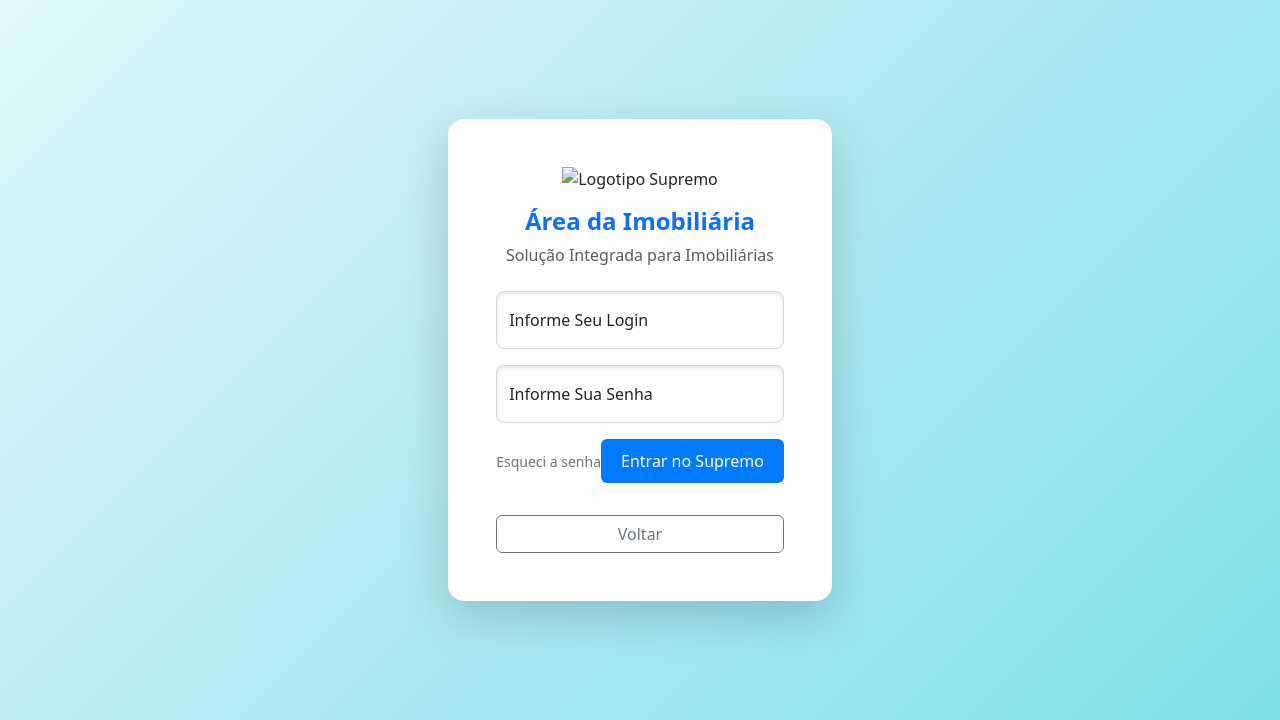
Repository: ryanmarinhodev/Supremo-teste-tecnico
Page: /
An editor plug-in stored every save of this project. The page is shown before and after the next save, followed by the edit.
The browser window is 1280 px wide. The pictures show the whole page.
The project was rebuilt for these pictures with package versions that can differ from the ones it lists, and the page was loaded fresh each time. Also part of the build but not shown: src/App.css.

Above is the page before, as saved 2024-11-07 13:23:10.
Not found: path/to/your/logo.png

After the next save:
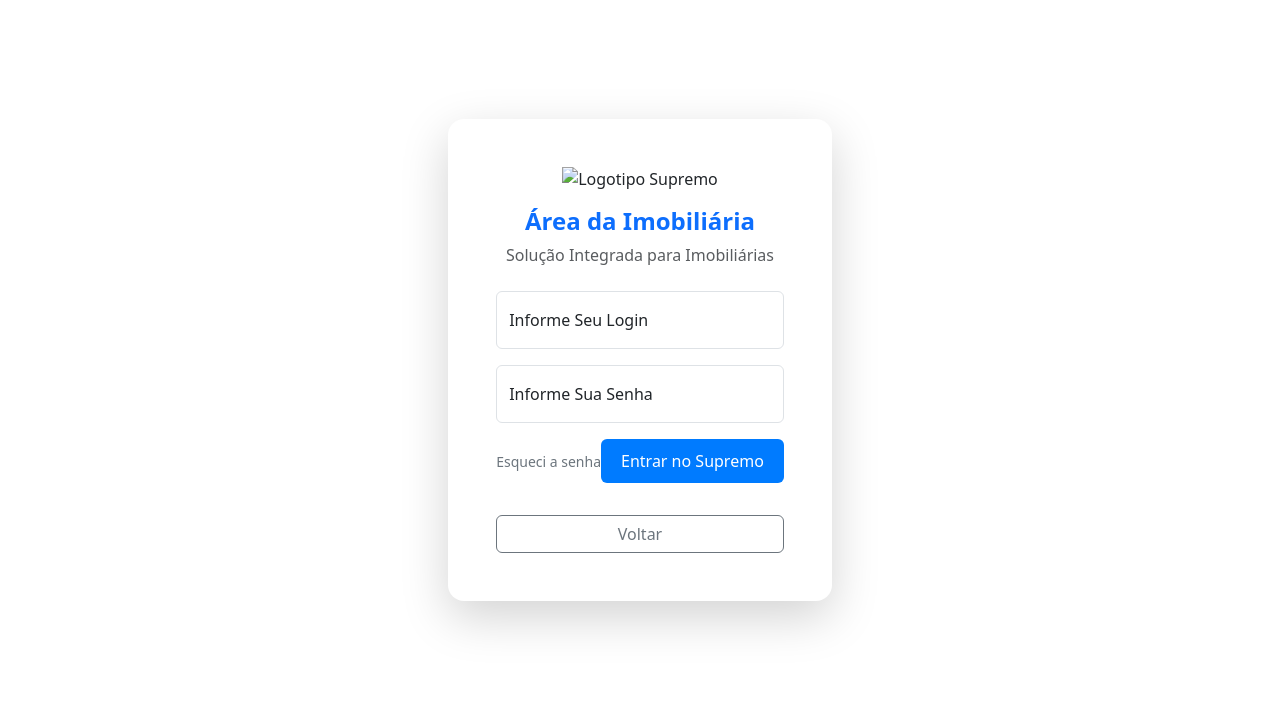
Not found: path/to/your/background-image.jpg
Saved 9 s later.
--- a/src/Components/Login/styles.css
+++ b/src/Components/Login/styles.css
@@ -1,73 +1,45 @@
-/* Fundo com efeito degradê */
+/* Fundo com imagem */
 .login-container {
-    background: linear-gradient(135deg, #e0f7fa 0%, #80deea 100%);
+    background: url('/path/to/your/background-image.jpg') no-repeat center center;
+    background-size: cover;
+    min-height: 100vh;
 }
 
 /* Card de login estilizado */
 .login-card {
-    max-width: 420px;
+    max-width: 400px;
     background-color: #ffffff;
-    border-radius: 12px;
-    box-shadow: 0 10px 20px rgba(0, 0, 0, 0.1);
-    transition: transform 0.3s, box-shadow 0.3s;
+    border-radius: 8px;
+    box-shadow: 0 10px 20px rgba(0, 0, 0, 0.15);
 }
 
-.login-card:hover {
-    transform: translateY(-5px);
-    box-shadow: 0 12px 24px rgba(0, 0, 0, 0.15);
-}
-
-/* Logo centralizado */
+/* Logo */
 .logo {
     width: 80px;
     height: auto;
 }
 
-/* Input estilizado com transição */
+/* Input estilizado com labels flutuantes */
 .form-control {
-    border-radius: 8px;
+    border-radius: 6px;
     padding: 15px;
     font-size: 1rem;
-    box-shadow: inset 0 2px 4px rgba(0, 0, 0, 0.1);
-    border: 1px solid #d1d9e6;
-    transition: border-color 0.3s, box-shadow 0.3s;
 }
 
-.form-control:focus {
-    border-color: #007bff;
-    box-shadow: 0 0 0 0.2rem rgba(0, 123, 255, 0.25);
-}
-
-/* Botão de login estilizado */
+/* Botão de login */
 .btn-primary {
     background-color: #007bff;
     border: none;
     font-size: 1rem;
     padding: 10px 20px;
     border-radius: 6px;
-    transition: background-color 0.3s, transform 0.2s;
 }
 
 .btn-primary:hover {
     background-color: #0056b3;
-    transform: scale(1.05);
 }
 
-/* Link de "Esqueci a senha" */
-.text-secondary {
-    color: #6c757d !important;
+/* Botão de voltar */
+.btn-outline-secondary {
+    border-radius: 6px;
 }
-
-.text-secondary:hover {
-    color: #495057 !important;
-}
-
-/* Animação de suavidade para o card de login */
-@keyframes fadeIn {
-    from { opacity: 0; transform: scale(0.9); }
-    to { opacity: 1; transform: scale(1); }
-}
-
-.login-card {
-    animation: fadeIn 0.5s ease;
-}
